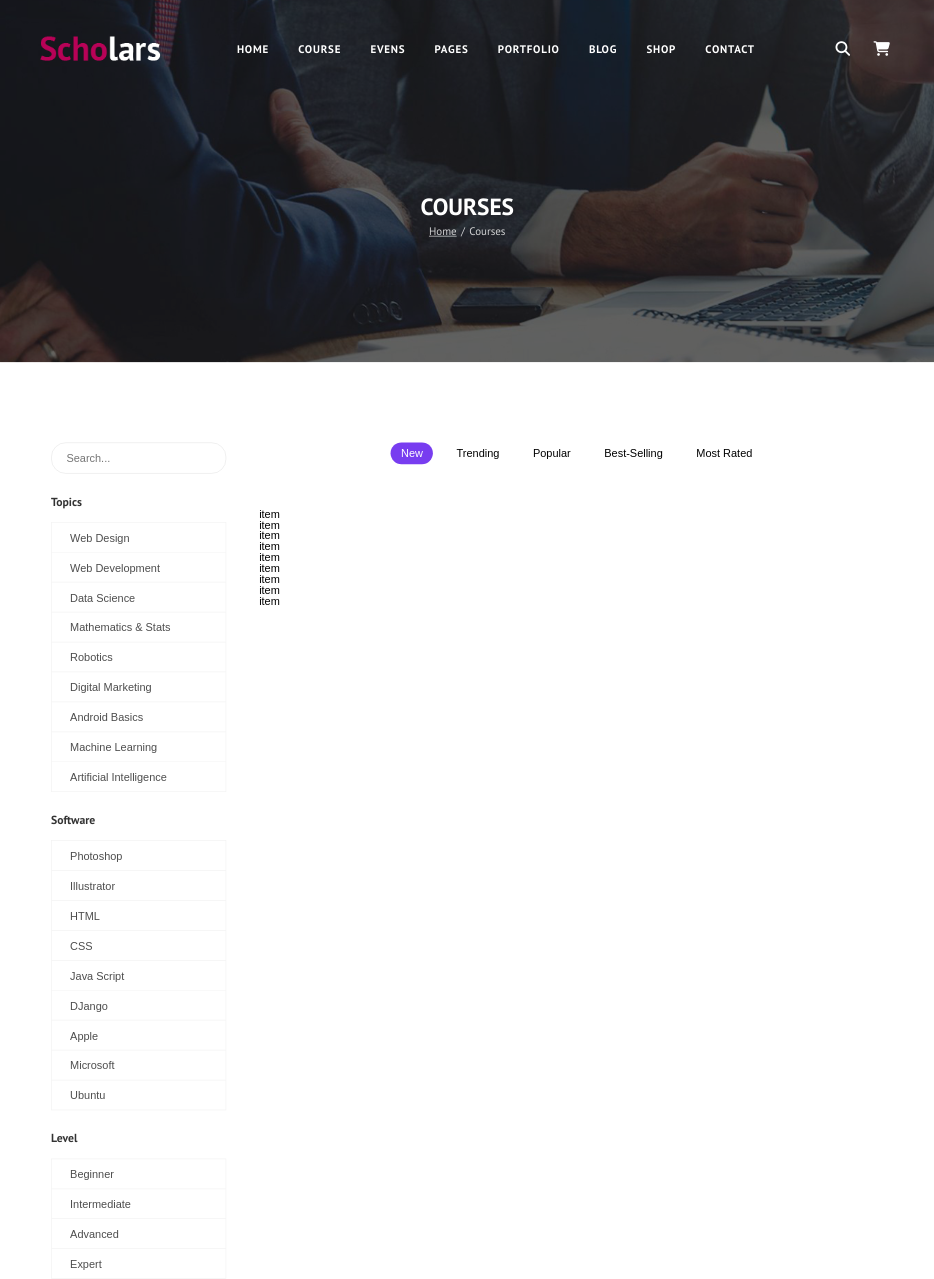
Repository: lannguyen1301/f8-zoom-day-7
Page: index.html
The author's editor kept a copy of each file at every save. The page is drawn from the files as they stood at one save, then again after the next save.
The browser window is 1280 px wide. The pictures show the whole page, at 73% of full size.
Some web fonts or font styles are not loaded; a fallback is used.

Above is the page before, as saved 2025-04-24 23:50:37.

### index.html
<!DOCTYPE html>
<html lang="en">

<head>
    <meta charset="UTF-8">
    <meta name="viewport" content="width=device-width, initial-scale=1.0">
    <title>Scholars - Education, University & LMS HTML Template</title>

    <!-- Styles -->
    <link rel="stylesheet" href="./assets/css/reset.css">
    <link rel="stylesheet" href="./assets/css/style.css">

    <!-- Icon Font Awesome -->
    <link rel="stylesheet" href="https://cdnjs.cloudflare.com/ajax/libs/font-awesome/6.7.2/css/all.min.css"
        integrity="sha512-Evv84Mr4kqVGRNSgIGL/F/aIDqQb7xQ2vcrdIwxfjThSH8CSR7PBEakCr51Ck+w+/U6swU2Im1vVX0SVk9ABhg=="
        crossorigin="anonymous" referrerpolicy="no-referrer" />

    <!-- Font -->
    <link rel="preconnect" href="https://fonts.googleapis.com">
    <link rel="preconnect" href="https://fonts.gstatic.com" crossorigin>

    <link
        href="https://fonts.googleapis.com/css2?family=PT+Sans:ital,wght@0,400;0,700;1,400;1,700&family=Source+Sans+3:ital,wght@0,200..900;1,200..900&display=swap"
        rel="stylesheet">
</head>

<body>
    <div class="wrapper">
        <!-- Start header wrapper -->
        <div class="header-wrapper">
            <div class="inner">
                <div class="container header-container">
                    <!-- Start Header -->
                    <div class="header">
                        <!-- logo -->
                        <a href="./">
                            <img src="./assets/img/logo/logo.png" alt="Scholars Logo" class="header-logo">
                        </a>

                        <!-- Start Navigation -->
                        <ul class="nav">
                            <li class="item">
                                <a href="#!" class="link">Home</a>
                            </li>
                            <li class="item">
                                <a href="#!" class="link">Course</a>
                            </li>
                            <li class="item">
                                <a href="#!" class="link">Evens</a>
                            </li>
                            <li class="item">
                                <a href="#!" class="link">pages</a>
                            </li>
                            <li class="item">
                                <a href="#!" class="link">Portfolio</a>
                            </li>
                            <li class="item">
                                <a href="#!" class="link">Blog</a>
                            </li>
                            <li class="item">
                                <a href="#!" class="link">Shop</a>
                            </li>
                            <li class="item">
                                <a href="#!" class="link">Contact</a>
                            </li>
                        </ul>
                        <!-- End Navigation -->

                        <!-- User action -->
                        <div class="action-wrapper">
                            <button class="action-btn">
                                <i class="fa-solid fa-magnifying-glass"></i>
                            </button>
                            <button class="action-btn">
                                <i class="fa-solid fa-cart-shopping"></i>
                            </button>
                        </div>
                    </div>
                    <!-- End Header -->

                    <!-- Start Header Content -->
                    <div class="header-content">
                        <h1 class="heading">COURSES</h1>
                        <ul class="breadcrumb">
                            <li>
                                <a href="#!">Home</a>
                            </li>
                            <li>Courses</li>
                        </ul>
                    </div>
                    <!-- End Header Content -->
                </div>
            </div>
        </div>
        <!-- End header wrapper -->

        <!-- Start main -->
        <div class="main">
            <div class="container">
                <div class="inner">
                    <!-- Start sidebar -->
                    <div class="sidebar">
                        <!-- Start search form -->
                        <form action="" class="search-form" autocomplete="off">
                            <input type="text" name="" id="" placeholder="Search..." spellcheck="false"
                                class="search-input">
                            <button class="search-btn">
                                <i class="fa-solid fa-magnifying-glass"></i>
                            </button>
                        </form>
                        <!-- End search form -->

                        <!-- Start sidebar menu -->
                        <h2 class="menu-title">
                            Topics
                        </h2>
                        <ul class="menu">
                            <li>
                                <a href="#!">Web Design</a>
                            </li>
                            <li>
                                <a href="#!">Web Development</a>
                            </li>
                            <li>
                                <a href="#!">Data Science</a>
                            </li>
                            <li>
                                <a href="#!">Mathematics & Stats</a>
                            </li>
                            <li>
                                <a href="#!">Robotics</a>
                            </li>
                            <li>
                                <a href="#!">Digital Marketing</a>
                            </li>
                            <li>
                                <a href="#!">Android Basics</a>
                            </li>
                            <li>
                                <a href="#!">Machine Learning</a>
                            </li>
                            <li>
                                <a href="#!">Artificial Intelligence</a>
                            </li>
                        </ul>

                        <h2 class="menu-title">
                            Software
                        </h2>
                        <ul class="menu">
                            <li>
                                <a href="#!">Photoshop</a>
                            </li>
                            <li>
                                <a href="#!">Illustrator</a>
                            </li>
                            <li>
                                <a href="#!">HTML</a>
                            </li>
                            <li>
                                <a href="#!">CSS</a>
                            </li>
                            <li>
                                <a href="#!">Java Script</a>
                            </li>
                            <li>
                                <a href="#!">DJango</a>
                            </li>
                            <li>
                                <a href="#!">Apple</a>
                            </li>
                            <li>
                                <a href="#!">Microsoft</a>
                            </li>
                            <li>
                                <a href="#!">Ubuntu</a>
                            </li>
                        </ul>

                        <h2 class="menu-title">
                            Level
                        </h2>
                        <ul class="menu">
                            <li>
                                <a href="#!">Beginner</a>
                            </li>
                            <li>
                                <a href="#!">Intermediate</a>
                            </li>
                            <li>
                                <a href="#!">Advanced</a>
                            </li>
                            <li>
                                <a href="#!">Expert</a>
                            </li>
                        </ul>
                        <!-- End sidebar menu -->
                    </div>
                    <!-- End sidebar -->

                    <!-- Start main content -->
                    <div class="main-content">
                        <!-- Start topics -->
                        <ul class="topics">
                            <li class="active">
                                <a href="#!">New</a>
                            </li>
                            <li>
                                <a href="#!">Trending</a>
                            </li>
                            <li>
                                <a href="#!">Popular</a>
                            </li>
                            <li>
                                <a href="#!">Best-Selling</a>
                            </li>
                            <li>
                                <a href="#!">Most Rated</a>
                            </li>
                        </ul>
                        <!-- End topics -->

                        <!-- Start Courses lisst -->
                        <div class="courses-list">
                            <div class="courses-item">item</div>
                            <div class="courses-item">item</div>
                            <div class="courses-item">item</div>
                            <div class="courses-item">item</div>
                            <div class="courses-item">item</div>
                            <div class="courses-item">item</div>
                            <div class="courses-item">item</div>
                            <div class="courses-item">item</div>
                            <div class="courses-item">item</div>
                        </div>
                        <!-- End Courses lisst -->
                    </div>
                    <!-- End main content -->
                </div>
            </div>
        </div>
        <!-- End main -->
    </div>

</body>

</html>

### assets/css/style.css
*,
::before,
::after {
    box-sizing: border-box;
}

:root {
    --heading-font: "PT Sans", sans-serif;
    --black: #000;
    --white: #fff;
    --primary: #b80257;
    --secondary: #783df0;
}

html {
    font-size: 62.5%;
}

body {
    scroll-behavior: smooth;
    font-family: "Source Sans 3", sans-serif;
    font-size: 1.5rem;
}

h1,
h2,
h3,
h4,
h5,
h6 {
    font-family: var(--heading-font);
    font-weight: 700;
}

input,
button {
    border: none;
    outline: none;
    background: transparent;
    cursor: pointer;
}

a,
img,
button,
input,
textarea,
select {
    font-size: inherit;
    font-family: inherit;
    color: inherit;
    -webkit-tap-highlight-color: transparent;
    /**
        Thuộc tính -webkit-tap-highlight-color được sử dụng trong CSS
        để kiểm soát hiệu ứng highlight (màu nhấp nháy) khi người dùng chạm vào
        một phần tử trên các thiết bị di động sử dụng trình duyệt WebKit (Safari, Chrome trên iOS).
    **/
}

.container {
    width: 1170px;
    max-width: 100%;
    margin: 0 auto;
}

/* Start header wrapper */
.header-wrapper {
    display: flex;
    width: 100%;
    min-height: 496px;
    background-image: url(../img/banner/banner-2.jpg);
    background-repeat: no-repeat;
    background-size: cover;
    background-position: center;
}

.header-wrapper .inner {
    display: flex;
    width: 100%;
    background: rgba(0, 0, 0, 0.6);
}

.header-container {
    display: flex;
    flex-direction: column;
}

.header {
    display: flex;
    align-items: center;
    justify-content: space-between;
    padding-top: 40px;
}

.header-content {
    display: flex;
    flex-direction: column;
    align-items: center;
    justify-content: center;
    gap: 10px;
    flex-grow: 1;
    color: var(--white);
}

.header .nav {
    display: flex;
}

.nav a {
    display: inline-block;
    padding: 20px;
    color: var(--white);
    text-transform: uppercase;
    text-decoration: none;
    font-family: var(--heading-font);
    font-weight: 700;
    font-size: 1.5rem;
    letter-spacing: 1.1px;
}

.action-wrapper {
    display: flex;
    align-items: center;
    justify-content: center;
    gap: 20px;
}

.action-btn {
    font-size: 2rem;
    color: var(--white);
}

h1.heading {
    font-size: 3.2rem;
}

.breadcrumb {
    display: flex;
    font-family: var(--heading-font);
    font-size: 1.5rem;
    color: #fffc;
}

.breadcrumb li + li::before {
    content: "/";
    padding: 0 6px;
}

/* Start main */
.main {
    margin-top: 110px;
}

.main .inner {
    display: flex;
    gap: 30px;
}

/* Start sidebar */
.sidebar {
    width: 270px;
    padding: 0 15px;
}

.search-form {
    display: flex;
    align-items: center;
    height: 43px;
    border: 1px solid #00000017;
    border-radius: 20px;
    overflow: hidden;
}

.search-input {
    flex-grow: 1;
    padding-left: 20px;
}

.search-input:not(:placeholder-shown) + .search-btn {
    color: #333;
}

.search-btn {
    padding: 0 20px;
    /* height: 100%; */
    align-self: stretch;
    color: #00000080;
}

.menu-title {
    margin-top: 30px;
    color: #333;
    font-size: 1.6rem;
}

ul.menu {
    margin-top: 20px;
    border: 1px solid #0000000d;
}

ul.menu li + li {
    border-top: 1px solid #0000000d;
}

.menu a {
    display: flex;
    align-items: center;
    height: 40px;
    padding: 0 25px;
    color: #000000b3;
    text-decoration: none;
}

.menu a:hover {
    color: var(--secondary);
}

.main .main-content {
    flex-grow: 1;
}

/* Topics */
.topics {
    display: flex;
    gap: 18px;
    justify-content: center;
}

.topics a {
    display: inline-block;
    height: 30px;
    padding: 0 14px;
    border-radius: 999px;
    text-decoration: none;
    line-height: 30px;
}

.topics .active a,
.topics a:hover {
    background: var(--secondary);
    /* border-radius: 999px; */
    color: var(--white);
}

/* Courses list */
.courses-list {
    margin-top: 60px;
}

Loaded but not shown: assets/css/reset.css (common file)

After the next save:
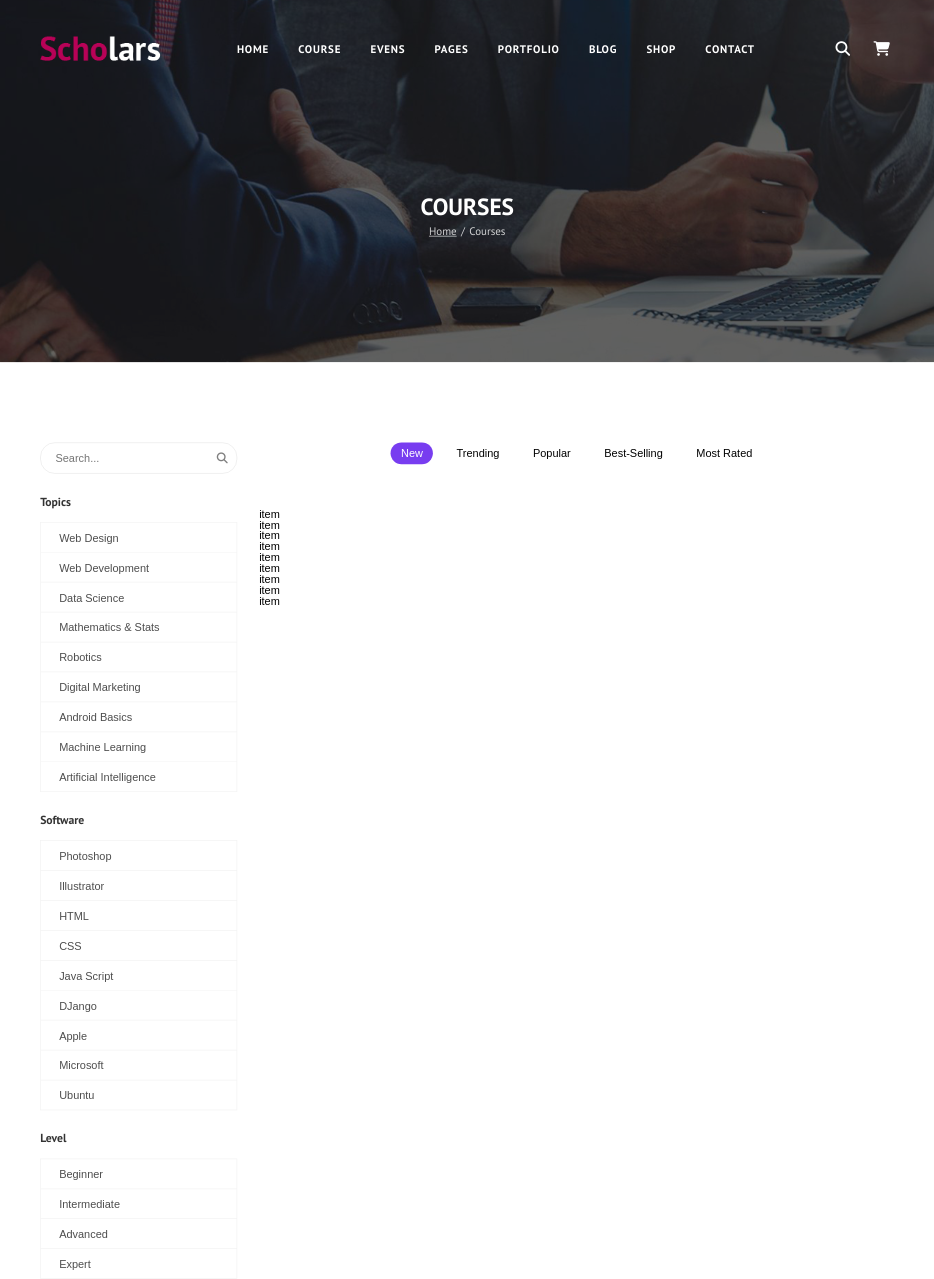
Saved 23 s later.
--- a/assets/css/style.css
+++ b/assets/css/style.css
@@ -159,7 +159,6 @@ h1.heading {
 /* Start sidebar */
 .sidebar {
     width: 270px;
-    padding: 0 15px;
 }
 
 .search-form {
